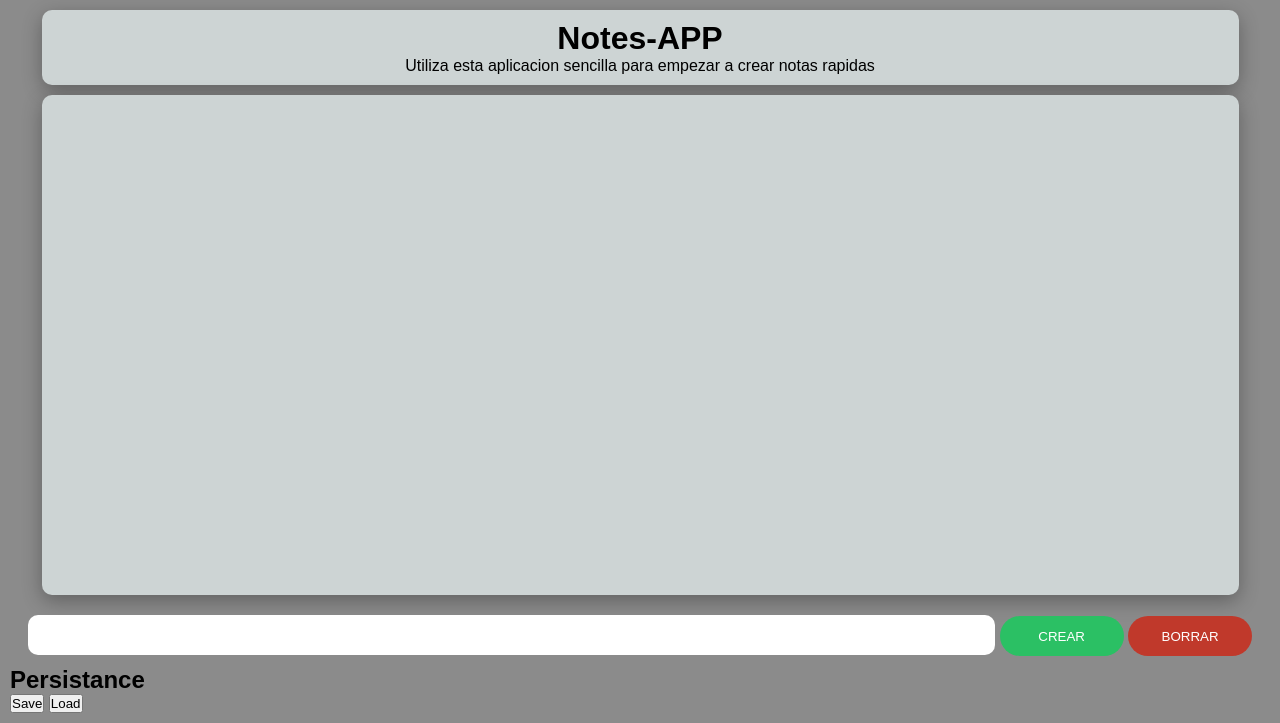
Repository: iocolopus/learn_web
Page: to_do persistente/index.html
These files come from the project's save history. The page is drawn as it stood at one moment and after a run of saves; the edit follows.
The browser window is 1280 px wide. The pictures show the whole page.

Above is the page before, as saved 2026-02-16 22:40:36.

### to_do persistente/index.html
<!DOCTYPE html>
<html lang="en">
<head>
    <meta charset="UTF-8">
    <meta name="viewport" content="width=device-width, initial-scale=1.0">
    <link rel="stylesheet" href="styles.css">
    <title>NOTES</title>
</head>
<body>
    <header>
    <h1>Notes-APP</h1>
    <p>Utiliza esta aplicacion sencilla para empezar a crear notas rapidas</p>
    </header>
    <main>
    <div id="notes-container">
        <ul id="notes_list"></ul>
    </div>
    <div id="note-creation-container">
        <input type="text" id="text_box">
        <button class="button" id="create">CREAR</button>
        <button class="button" id="delete">BORRAR</button>
    </div>
    </main>
    <footer>
        <h2>Persistance</h2>
        <button id="save_button">Save</button>
        <button id="load_button">Load</button>
    </footer>
    <script src="script.js"></script>
</body>
</html>

### to_do persistente/styles.css
* {
    margin: 0;
    padding: 0;
    box-sizing: border-box;
}

body {
    font-family:Arial, Helvetica, sans-serif;
    background-color: rgba(44, 44, 44, 0.548);
    padding: 10px;
}

header, #notes-container, #note-creation-container footer{
    margin-left: auto;
    margin-right: auto;
    margin-bottom: 10px;
    padding: 10px;
    width: 95%;
    border-radius: 10px;
    background-color:rgb(205, 212, 212);
    box-shadow: 0px 6px 20px 0px rgba(0, 0, 0, 0.3) ;
}

header {
    text-align: center;
    display: block;

}

#notes-container {
    min-height: 200px;
    min-height: 500px;
    height: 80%;


}

.note {
    border-left: 2px solid rgb(58, 58, 58);
    margin: 10px;
    text-align: left;
    padding: 10px;
    box-shadow: 0 2px 4px rgba(0, 0, 0, 0.1);
    border-radius: 10px;
    list-style: none;
    background-color: aliceblue;
    transform: translateX(0);
    transition: all 0.3s ease;
}

.note:hover {
    transform: translateX(10px);
}

#note-creation-container {
    padding: 10px;

    margin-top: 10px;
    text-align: center;



}

#text_box {
    width: 78%;
    height: 40px;
    padding: 15px;
    border: none;
    border-radius: 10px;
    border: 2px solid transparent;
    font-size: 15px;

}

#text_box:focus {
    outline: 2px solid black;

}

.button {
    background-color: black;
    transition: all 0.2s ease;
    color: white;
    height: 40px;
    width: 10%;
    border: none;
    border-radius: 20px;
}

#delete {
    background-color: #c0392b;
}

#delete:hover {
    background-color: #e74c3c;
}

#create {
    background-color: #2bc064;
}

#create:hover {
    background-color: #34ee7b;
}


.button:hover {
    background-color: gray;
    transform: scale(1.02);
    box-shadow: 0 0 10px rgba(0, 0, 0, 0.3);
    cursor: pointer;
}

#btn_del_note {
    position: absolute;
    right: 10px;
    top: 7px;
    width: 50px;
    height: 25px;


}

#btn_del_note:hover {
    transform: translate(3px, 0);
    background-color: #c0392b;
}

h1 {
    font-family:Arial, Helvetica, sans-serif
}

### to_do persistente/script.js
const input = document.getElementById("text_box");
const create_btn = document.getElementById("create");
const delete_btn = document.getElementById("delete");
const notesContainer = document.getElementById("notes_list");

let event;

function add() {
    const texto = input.value;

    if (texto == "") {
        return;
    }

    const nueva_nota = document.createElement("li");
    nueva_nota.textContent = texto;
    nueva_nota.className = "note";


    const boton_eliminar = document.createElement("button")
    boton_eliminar.classList.add('del_note_button', "button")
    boton_eliminar.id = "btn_del_note"
    boton_eliminar.textContent = "🗑️"

    nueva_nota.appendChild(boton_eliminar)
    notesContainer.appendChild(nueva_nota);

    input.value = "";
}

function del_last() {
    const list_item = notesContainer.lastElementChild;
    if (list_item) {
        list_item.remove();
    }
}

function del_note(event) {
    console.log(event)
    if (event.target.classList.contains('del_note_button')){
        console.log("eliminando nota")
        event.target.parentElement.remove()
    }
}

delete_btn.addEventListener("click", del_last);
create_btn.addEventListener("click", add);



input.addEventListener("keypress", function(event) {
    if (event.key == "Enter") {
        create_btn.click();íí
    }
});

input.addEventListener("keydown", function(event) {
    if (event.key == "Delete") {
        delete_btn.click();
    }
});

notesContainer.addEventListener("click",  del_note)

After the next 3 saves:
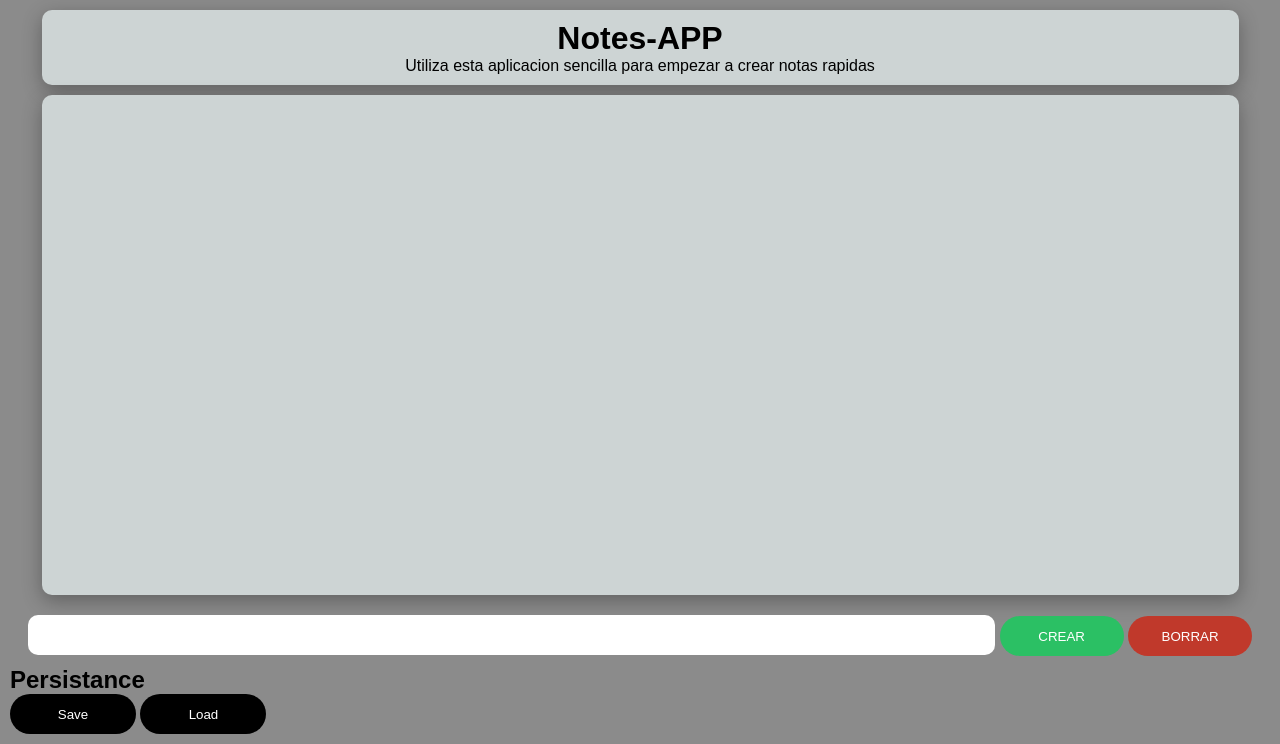
The 3 saves are shown as one change because they came seconds apart.
The last was saved 15 s later.
--- a/to_do persistente/index.html
+++ b/to_do persistente/index.html
@@ -23,8 +23,8 @@
     </main>
     <footer>
         <h2>Persistance</h2>
-        <button id="save_button">Save</button>
-        <button id="load_button">Load</button>
+        <button id="save_button" class="button">Save</button>
+        <button id="load_button" class="button">Load</button>
     </footer>
     <script src="script.js"></script>
 </body>
